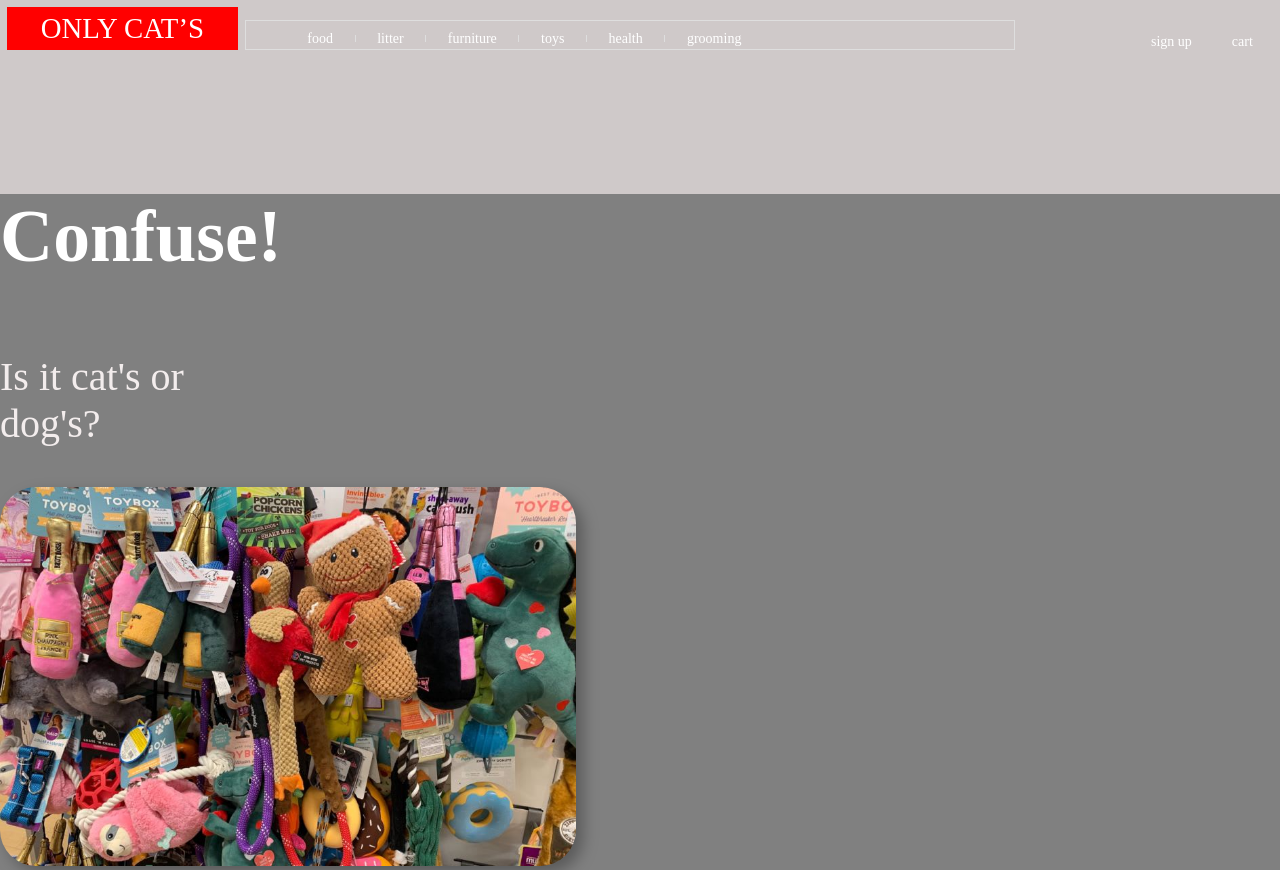
Repository: itson1115/chan_git
Page: cat/index2.html
An editor plug-in stored every save of this project. The page is shown before and after a run of saves, followed by the edit.
The browser window is 1280 px wide. The pictures show the whole page.

Above is the page before, as saved 2021-09-02 04:28:43.

After the next 2 saves:
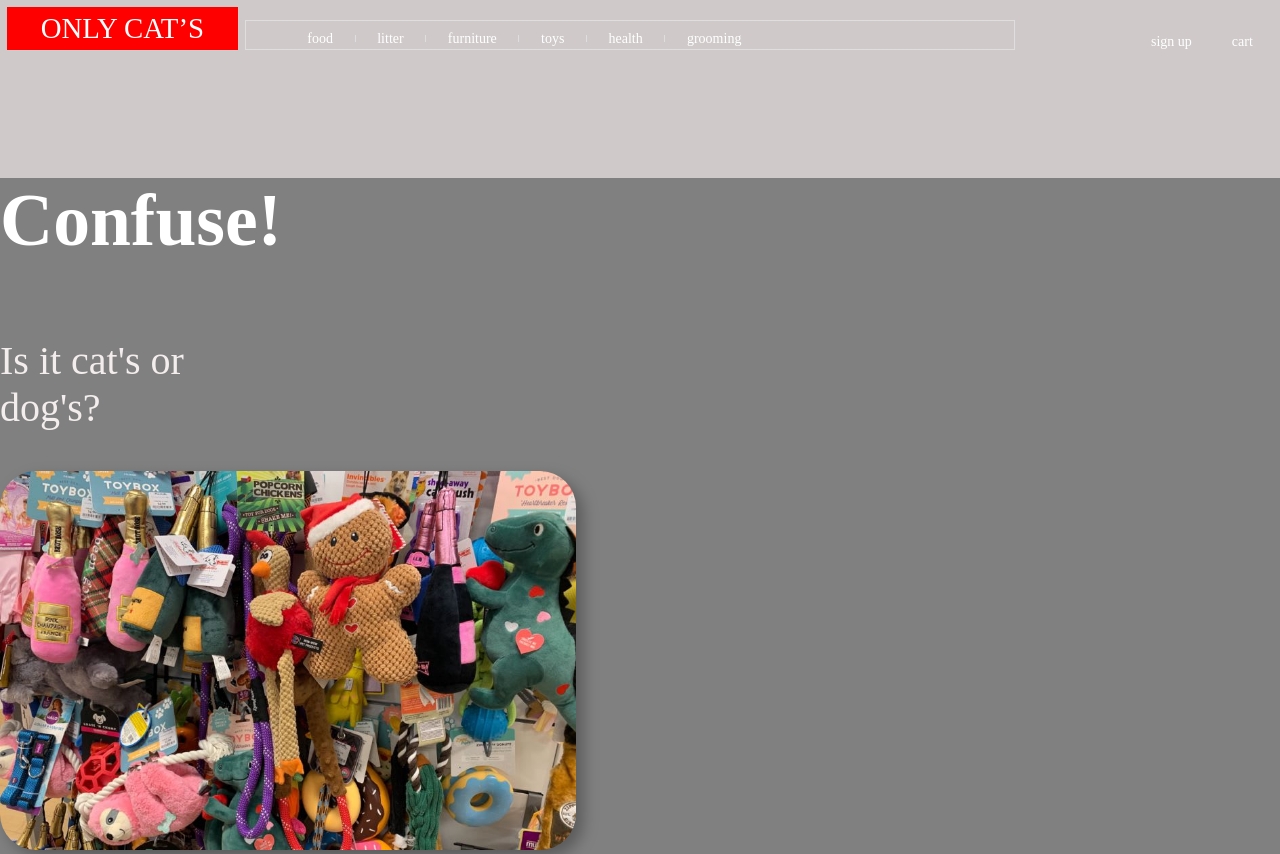
The 2 saves are shown as one change because they came seconds apart.
The last was saved 6 s later.
--- a/cat/css/style2.css
+++ b/cat/css/style2.css
@@ -89,7 +89,7 @@
 }
 
 section.container {
-  margin-top: 20vmin;
+  margin-top: 10vmax;
   background: grey;
 }
 section > article.confuse > p {
